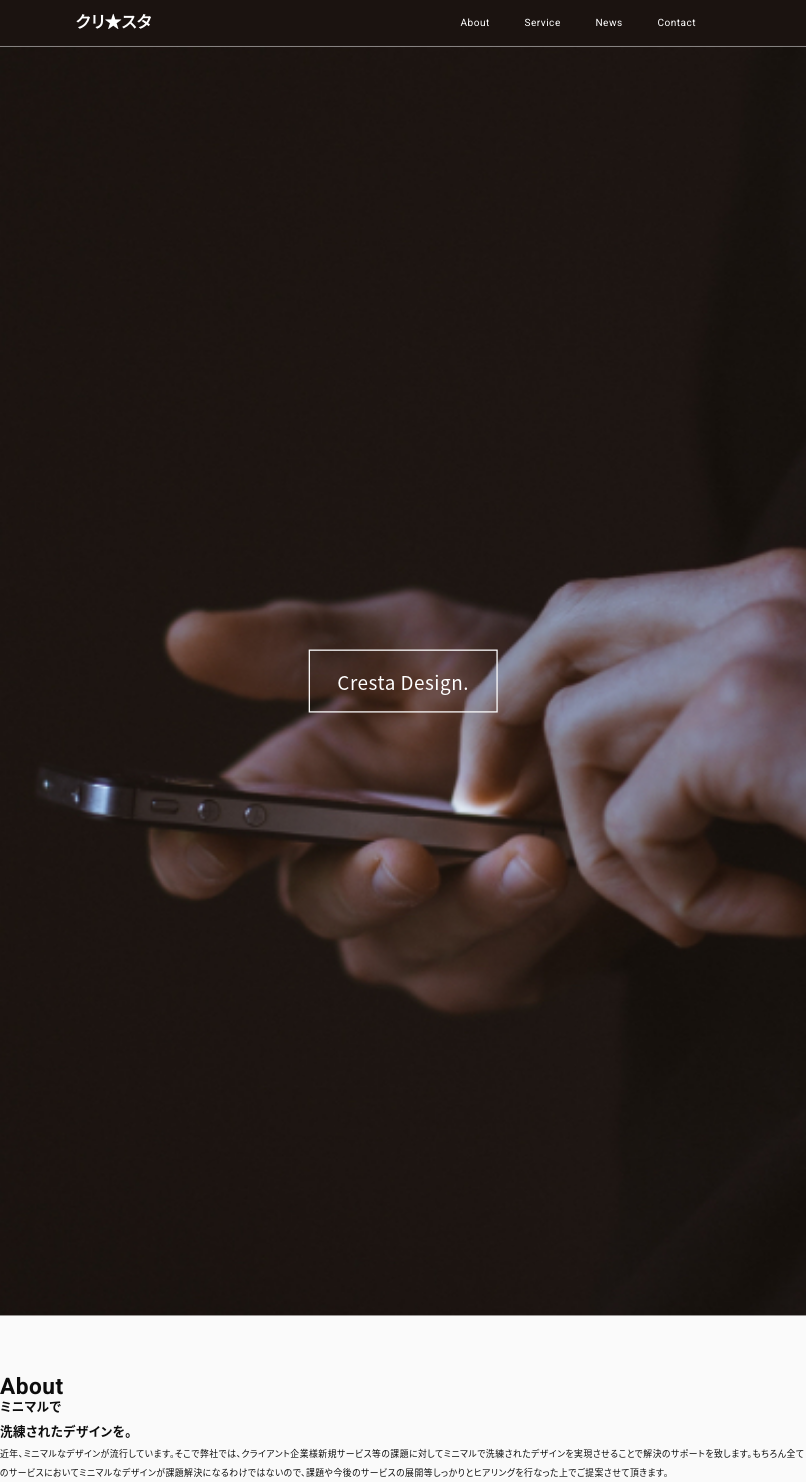
Repository: hatarakimono-kumasan/kurisuta_1st
Page: index.html
An editor plug-in stored every save of this project. The page is shown before and after the next save, followed by the edit.
The browser window is 1280 px wide. The pictures show the whole page, at 63% of full size.
Some web libraries are served in a nearby version. The style sheet was rebuilt from its Sass, Less or Tailwind sources for each picture, by a compiler version that may differ from the author's.

Above is the page before, as saved 2020-05-15 07:32:58.

After the next save:
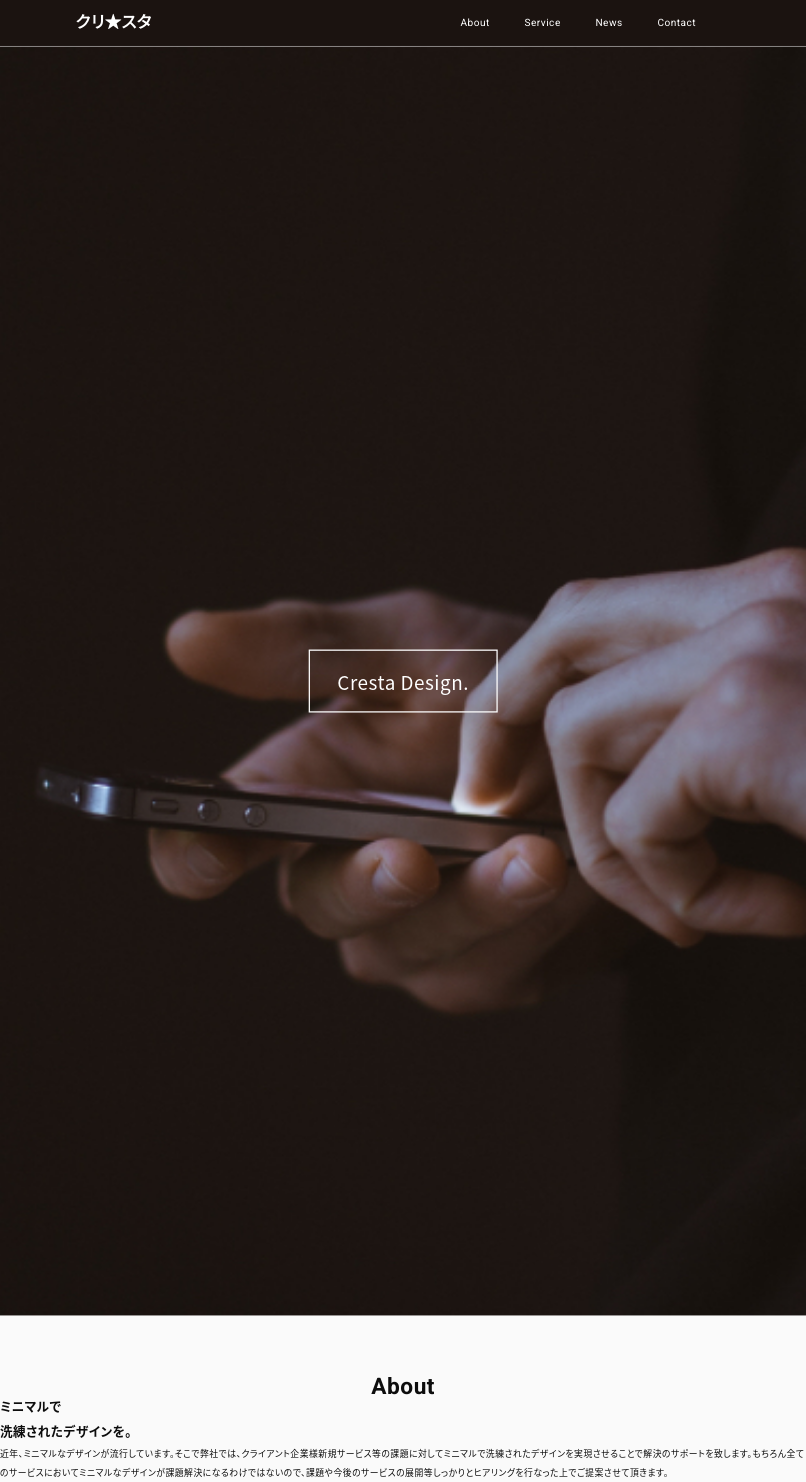
Saved 86 s later.
--- a/scss/foundation/_settings.scss
+++ b/scss/foundation/_settings.scss
@@ -40,6 +40,7 @@ h2 {
 	font-size: 3.6rem;
 	line-height: calc(24 / 36);
 	font-family: Roboto;
+	text-align: center;
 }
 h3 {
 	font-size: 20px; /* IE8以下とAndroid4.3以下用フォールバック */
